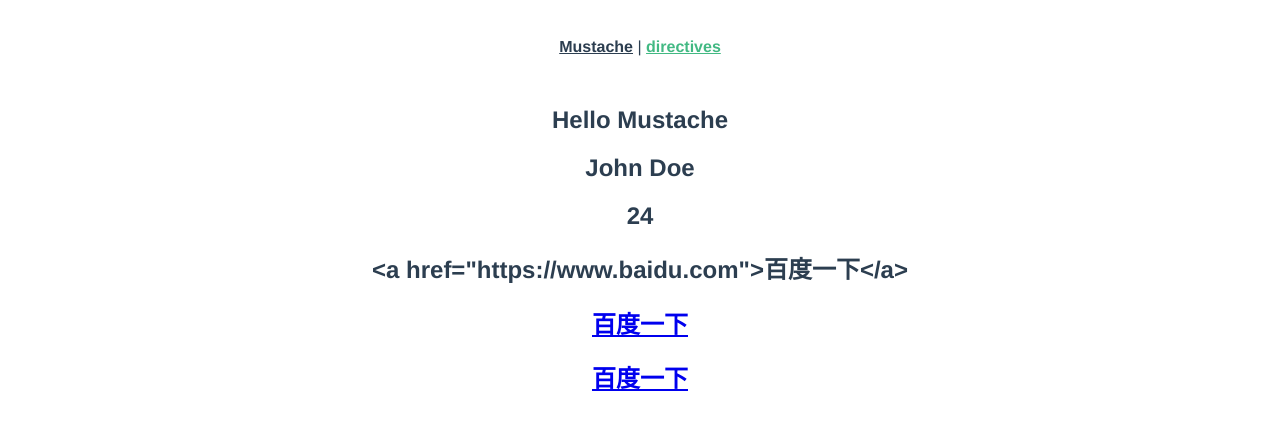
Repository: yeyanghui0616/my-vue2-learning
Page: /directives
These files come from the project's save history. The page is drawn as it stood at one moment and after the next save; the edit follows.
The browser window is 1280 px wide. The pictures show the whole page.
The project was rebuilt for these pictures with package versions that can differ from the ones it lists, and the page was loaded fresh each time. Also part of the build but not shown: src/views/Mustache.vue.

Above is the page before, as saved 2023-08-30 21:19:45.

After the next save:
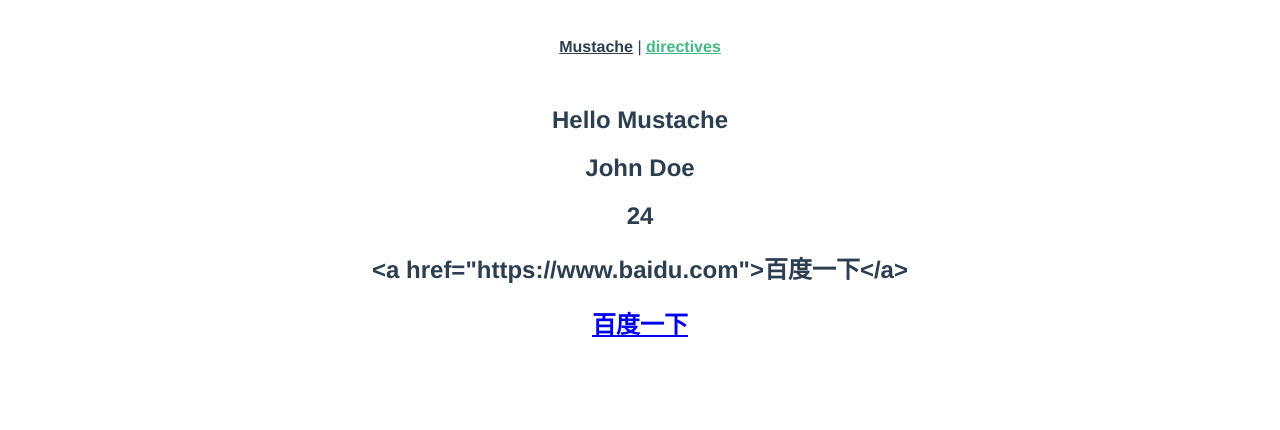
Saved 4 s later.
--- a/src/views/directives.vue
+++ b/src/views/directives.vue
@@ -9,7 +9,7 @@
 		<h2 v-html="link"></h2>
 		<!-- TODO v-text -->
 		<h2>{{ message }}</h2>
-		<h2 v-html="link"></h2>
+		<h2 v-html="message"></h2>
 	</div>
 </template>
 
